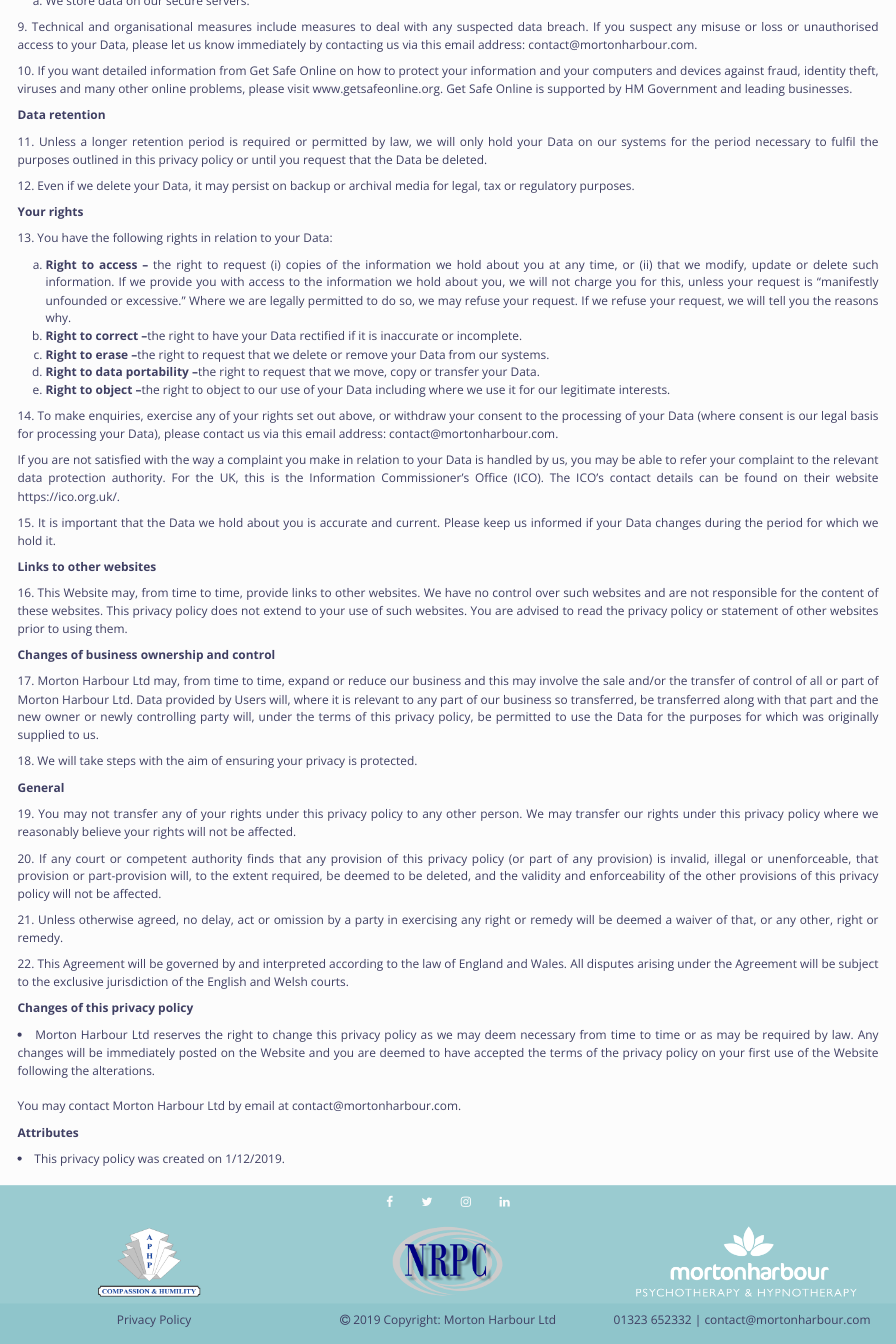
Repository: Code-Institute-Submissions/mortonharbour
Page: privacy_policy.html
The author's editor kept a record of every edit. The page is drawn from the files as they stood at one moment, then again after the next edit.
The browser window is 1280 px wide. The pictures show the part of the page from y = 1773 to 3693 px (the page is 3693 px tall before and 3679 px after), at 70% of full size.
Some web libraries are served in a nearby version.

Above is the page before.

### privacy_policy.html
<!DOCTYPE html>
<html lang="en">

<head>
    <meta charset="UTF-8">
    <meta name="viewport" content="width=device-width, initial-scale=1.0">
    <meta http-equiv="X-UA-Compatible" content="ie=edge">

    <!--Links to Bootstrap, JavaScript and FontAwesome cdn, customer style.css file-->
    <link rel="stylesheet" href="https://stackpath.bootstrapcdn.com/bootstrap/4.4.0/css/bootstrap.min.css" integrity="sha384-SI27wrMjH3ZZ89r4o+fGIJtnzkAnFs3E4qz9DIYioCQ5l9Rd/7UAa8DHcaL8jkWt" crossorigin="anonymous">
    <link rel="stylesheet" href="https://stackpath.bootstrapcdn.com/font-awesome/4.7.0/css/font-awesome.min.css" type="text/css" />
    <script src="https://code.jquery.com/jquery-3.2.1.slim.min.js" integrity="sha384-KJ3o2DKtIkvYIK3UENzmM7KCkRr/rE9/Qpg6aAZGJwFDMVNA/GpGFF93hXpG5KkN" crossorigin="anonymous"></script>
    <script src="https://cdnjs.cloudflare.com/ajax/libs/popper.js/1.11.0/umd/popper.min.js" integrity="sha384-b/U6ypiBEHpOf/4+1nzFpr53nxSS+GLCkfwBdFNTxtclqqenISfwAzpKaMNFNmj4" crossorigin="anonymous"></script>
    <script src="https://maxcdn.bootstrapcdn.com/bootstrap/4.0.0-beta/js/bootstrap.min.js" integrity="sha384-h0AbiXch4ZDo7tp9hKZ4TsHbi047NrKGLO3SEJAg45jXxnGIfYzk4Si90RDIqNm1" crossorigin="anonymous"></script>

    <link rel="stylesheet" href="assets/css/style.css" />

    <title>Privacy Policy</title>
</head>

<body>
    <header>
        <div class="container-fluid">
            <nav class="navbar navbar-expand-lg navbar-light">
                <a href="index.html" class="col-sm-4 logo"><span class="sr-only">Go to our home page</span></a>

                <button class="navbar-toggler" type="button" data-toggle="collapse" data-target="#navbarSupportedContent" aria-controls="navbarSupportedContent" aria-expanded="false" aria-label="Toggle navigation">
            <span class="navbar-toggler-icon"></span>
            </button>
                <div class="collapse navbar-collapse justify-content-end" id="navbarSupportedContent">
                    <ul class="navbar-nav">
                        <li class="nav-item active">
                            <a class="nav-link" href="index.html"><span class="sr-only">Go to our home page</span>Home</a>
                        </li>
                        <li class="nav-item active">
                            <a class="nav-link" href="about_us.html"><span class="sr-only">Learn more about us</span>About Us</a>
                        </li>
                        <li class="nav-item dropdown">
                            <a class="nav-link dropdown-toggle" href="therapy.html" id="navbarDropdown" role="button" data-toggle="dropdown" aria-haspopup="true" aria-expanded="false">
                          Therapy
                        </a>
                            <div class="dropdown-menu" aria-labelledby="navbarDropdown">
                                <a class="dropdown-item" href="psychotherapy.html"><span class="sr-only">Find out about psychotherapy we offer</span>Psychotherapy</a>
                                <a class="dropdown-item" href="hypnotherapy.html"><span class="sr-only">Find out about hypnotherapy we offer</span>Hypnotherapy</a>
                                <a class="dropdown-item" href="emergency_therapy.html"><span class="sr-only">Find out about the emergency appointments we can offer</span>Emergency Appointments</a>
                            </div>
                        </li>
                        <li class="nav-item active">
                            <a class="nav-link" href="testimonials.html"><span class="sr-only">Find out what our clients say</span>Testimonials</a>
                        </li>
                        <li class="nav-item active">
                            <a class="nav-link" href="1-in-4_blog.html"><span class="sr-only">1 in 4 Blog</span>1 in 4 Blog</a>
                        </li>
                        <li class="nav-item active">
                            <a class="nav-link" href="contact.html"><span class="sr-only">Contact Us</span>Contact</a>
                        </li>
                    </ul>
                </div>
                <span id="header-mobile"><a href="tel:#"><i class="fa fa-mobile" aria-hidden="true"></i>
                <span class="sr-only">Call us</span>07968 114 196</a>
                </span>
            </nav>
        </div>
    </header>

    <!--Privacy policy-->

    <section id="privacy-policy-wording">
        <h2>Privacy Policy</h2>
        <p>This privacy applies between you, the User of this Website and Morton Harbour Ltd, the owner and provider of this Website. Morton Harbour Ltd takes the privacy of your information very seriously. This privacy policy applies to our use of any and
            all Data collected by us or provided by you in relation to your use of the Website.</p>
        <p><small><b>Please read this privacy policy carefully.</b></small></p>
        <h4><b>Definitions and interpretation</b></h4>
        <p>1. In this privacy policy, the following definitions are used:</p>
        <table class="privacy-table">
            <tr>
                <td class="privacy-data">Data</td>
                <td class="privacy-data">Collectively all information that you submit to Morton Harbour Ltd via the Website. This definition incorporates, where applicable, the definitions provided in the Data Protection Laws;</td>
            </tr>
            <tr>
                <td class="privacy-data">Data Protection Laws</td>
                <td class="privacy-data">Any applicable law relating to the processing of personal Data, including but not limited to the Directive 96/46/EC (Data Protection Directive) or GDPR, and any national implementing laws, regulations and secondary legislation, for as
                    long as the GDPR is effective in the UK;</td>
            </tr>
            <tr>
                <td class="privacy-data">GDPR</td>
                <td class="privacy-data">The General Data Protection Regulation (EU) 2016/679;</td>
            </tr>
            <tr>
                <td class="privacy-data">We or us</td>
                <td class="privacy-data">Morton Harbour Ltd</td>
            </tr>
            <tr>
                <td class="privacy-data">User or you</td>
                <td class="privacy-data">Any third party that accesses the Website and is not either (i) employed by Morton Harbour Ltd and acting in the course of their employment or (ii) engaged as a consultant or otherwise providing services to Morton Harbour Ltd and accessing
                    the Website in connection with the provision of such services; and</td>
            </tr>
            <tr>
                <td class="privacy-data">Website</td>
                <td class="privacy-data">The website that you are currently using, <a href="index.html" class="privacy-policy-links"><span class="sr-only">Go to our home page</span>www.mortonharbour.com</a>, and any sub-domains of this site unless expressly excluded by their
                    own terms and conditions.</td>
            </tr>
        </table>
        <p>2. In this privacy policy, unless the context requires a different interpretation:</p>
        <ol type="a">
            <li>The singular includes the plural and vice versa;</li>
            <li>References to sub-clauses, clauses, schedules or appendices are sub-clauses, clauses, schedules or appendices of this privacy policy;</li>
            <li>A reference to a person includes firms, companies, government entities, trusts and partnerships;</li>
            <li>“including” is understood to mean “including without limitation”;</li>
            <li>Reference to any statutory provision includes any modification or amendment of it;</li>
            <li>The headings and sub-headings do not form part of this privacy policy.</li>
        </ol>
        <p><b>Scope of this privacy policy</b></p>
        <p>3. This privacy policy applies only to the actions of Morton Harbour Ltd, and users with respect to this Website. It does not extend to any websites that can be accessed from this Website, including, but not limited to, any links we may provide
            to social media websites.</p>
        <p>4. For purposes of the applicable Data Protection Laws, Morton Harbour Ltd is the “data controller”. This means that Morton Harbour Ltd determines the purposes for which, and the manner in which, your Data is processed.</p>
        <p><b>How we collect Data</b></p>
        <p>5. We collect Data in the following ways:</p>
        <ol type="a">
            <li>Data is given to us by you; and</li>
            <li>Data is collected automatically.</li>
        </ol>
        <p><b>Data that is given to us by you</b></p>
        <p>6. Morton Harbour Ltd will collect your Data in a number of ways, for example:</p>
        <ol type="a">
            <li>When you contact us through the Website, by telephone, email or through any other means; in each case, in accordance with this privacy policy.</li>
        </ol>
        <p><b>Data that is collected automatically</b></p>
        <p>7.  To the extent that you access the Website, we will collect your Data automatically, for example:</p>
        <ol type="a">
            <li>We automatically collect some information about your visit to the Website. This information helps us to make improvements to Website content and navigation, and includes your IP address, the date, times and frequency with which you access
                the Website and the way you use and interact with its content.</li>
        </ol>
        <p><b>Keeping Data secure</b></p>
        <p>8. We will use technical and organisational measures to safeguard your Data, for example:</p>
        <ol type="a">
            <li>We store data on our secure servers.</li>
        </ol>
        <p>9. Technical and organisational measures include measures to deal with any suspected data breach. If you suspect any misuse or loss or unauthorised access to your Data, please let us know immediately by contacting us via this email address:
            <a href="mailto:#" class="privacy-policy-links">contact@mortonharbour.com<span class="sr-only">Email us</span></a>.</p>
        <p>10. If you want detailed information from Get Safe Online on how to protect your information and your computers and devices against fraud, identity theft, viruses and many other online problems, please visit <a href="https://www.getsafeonline.org"
                target="_blank" class="privacy-policy-links">www.getsafeonline.org<span class="sr-only">Get Safe Online Website</span></a>. Get Safe Online is supported by HM Government and leading businesses.</p>
        <p><b>Data retention</b></p>
        <p>11. Unless a longer retention period is required or permitted by law, we will only hold your Data on our systems for the period necessary to fulfil the purposes outlined in this privacy policy or until you request that the Data be deleted.</p>
        <p>12. Even if we delete your Data, it may persist on backup or archival media for legal, tax or regulatory purposes.</p>
        <p><b>Your rights</b></p>
        <p>13. You have the following rights in relation to your Data:</p>
        <ol type="a">
            <li><b>Right to access –</b> the right to request (i) copies of the information we hold about you at any time, or (ii) that we modify, update or delete such information. If we provide you with access to the information we hold about you, we will
                not charge you for this, unless your request is “manifestly unfounded or excessive.” Where we are legally permitted to do so, we may refuse your request. If we refuse your request, we will tell you the reasons why.</li>
            <li><b>Right to correct –</b>the right to have your Data rectified if it is inaccurate or incomplete.</li>
            <li><b>Right to erase –</b>the right to request that we delete or remove your Data from our systems.</li>
            <li><b>Right to data portability –</b>the right to request that we move, copy or transfer your Data.</li>
            <li><b>Right to object –</b>the right to object to our use of your Data including where we use it for our legitimate interests.</li>
        </ol>
        <p>14. To make enquiries, exercise any of your rights set out above, or withdraw your consent to the processing of your Data (where consent is our legal basis for processing your Data), please contact us via this email address: contact@mortonharbour.com.</p>
        <p>If you are not satisfied with the way a complaint you make in relation to your Data is handled by us, you may be able to refer your complaint to the relevant data protection authority. For the UK, this is the Information Commissioner’s Office
            (ICO). The ICO’s contact details can be found on their website https://ico.org.uk/.</p>
        <p>15. It is important that the Data we hold about you is accurate and current. Please keep us informed if your Data changes during the period for which we hold it.</p>
        <p><b>Links to other websites</b></p>
        <p>16. This Website may, from time to time, provide links to other websites. We have no control over such websites and are not responsible for the content of these websites. This privacy policy does not extend to your use of such websites. You are advised
            to read the privacy policy or statement of other websites prior to using them.</p>
        <p><b>Changes of business ownership and control</b></p>
        <p>17. Morton Harbour Ltd may, from time to time, expand or reduce our business and this may involve the sale and/or the transfer of control of all or part of Morton Harbour Ltd. Data provided by Users will, where it is relevant to any part of our business
            so transferred, be transferred along with that part and the new owner or newly controlling party will, under the terms of this privacy policy, be permitted to use the Data for the purposes for which was originally supplied to us.</p>
        <p>18.  We will take steps with the aim of ensuring your privacy is protected.</p>
        <p><b>General</b></p>
        <p>19. You may not transfer any of your rights under this privacy policy to any other person. We may transfer our rights under this privacy policy where we reasonably believe your rights will not be affected.</p>
        <p>20. If any court or competent authority finds that any provision of this privacy policy (or part of any provision) is invalid, illegal or unenforceable, that provision or part-provision will, to the extent required, be deemed to be deleted, and the
            validity and enforceability of the other provisions of this privacy policy will not be affected.</p>
        <p>21. Unless otherwise agreed, no delay, act or omission by a party in exercising any right or remedy will be deemed a waiver of that, or any other, right or remedy.</p>
        <p>22. This Agreement will be governed by and interpreted according to the law of England and Wales. All disputes arising under the Agreement will be subject to the exclusive jurisdiction of the English and Welsh courts.</p>
        <p><b>Changes of this privacy policy</b></p>
        <li>Morton Harbour Ltd reserves the right to change this privacy policy as we may deem necessary from time to time or as may be required by law. Any changes will be immediately posted on the Website and you are deemed to have accepted the terms of
            the privacy policy on your first use of the Website following the alterations.</li><br>
        <p>You may contact Morton Harbour Ltd by email at <a href="mailto:#" class="privacy-policy-links">contact@mortonharbour.com</a><span class="sr-only">Email us</span>.</p>
        <p><b>Attributes</b></p>
        <li>This privacy policy was created on 1/12/2019.</li>
        </ol>
    </section>

    <!--Privacy policy-->

    <footer class="container-fluid">
        <div class="row">
            <div class="col-sm-12">
                <ul class="list-inline text-center social-media-icons">
                    <li class="list-inline-item">
                        <a target="_blank" href="https://www.facebook.com/MortonHarbour/">
                            <i class="fa fa-facebook" aria-hidden="true"></i>
                            <span class="sr-only">Facebook opens in a new window</span>
                        </a>
                    </li>
                    <li class="list-inline-item">
                        <a target="_blank" href="https://twitter.com/mortonharbour">
                            <i class="fa fa-twitter" aria-hidden="true"></i>
                            <span class="sr-only">Twitter opens in a new window</span>
                        </a>
                    </li>
                    <li class="list-inline-item">
                        <a target="_blank" href="https://www.instagram.com/morton_harbour/">
                            <i class="fa fa-instagram" aria-hidden="true"></i>
                            <span class="sr-only">Instagram opens in a new window</span>
                        </a>
                    </li>
                    <li class="list-inline-item">
                        <a target="_blank" href="https://www.linkedin.com/in/magda-harbour-maphp-51b590b4/">
                            <i class="fa fa-linkedin" aria-hidden="true"></i>
                            <span class="sr-only">LinkedIn opens in a new window></span>
                        </a>
                    </li>
                </ul>
            </div>
        </div>
        <div class="row">
            <a href="https://www.aphp.co.uk/" target="_blank" class="col-sm-4 aphp-logo">
                <span class="sr-only">Visit the APHP website, opens in new window</span>
            </a>
            <a href="https://www.nrpc.co.uk/" target="_blank" class="col-sm-4 nrpc-logo">
                <span class="sr-only">Visit the NRPC website, opens in new window</span>
            </a>
            <a href="index.html" class="col-sm-4 footer-logo">
                <span class="sr-only">Go to our home page</span>
            </a>
        </div>
        <div class="row footer-end">
            <div class="col-sm-4 text-center footer-end-item">
                <a href="privacy_policy.html" target="_blank"><span class="sr-only">Please read our privacy policy, opens in new window</span>Privacy Policy</a>
            </div>
            <div class="col-sm-4 text-center">
                <p><i class="fa fa-copyright" aria-hidden="true"></i> 2019 Copyright: Morton Harbour Ltd</p>
            </div>
            <div class="div col-sm-4 text-center footer-end-item">
                <address><a href="tel:+01323652332">01323 652332 | <span class="sr-only">contact number</span></a><a href="mailto:#">contact@mortonharbour.com
                    <span class="sr-only">email address</span>
                </a>
                </address>
            </div>
        </div>
    </footer>
</body>

</html>

Loaded but not shown: assets/css/style.css (596 lines, source omitted)

After the next edit:
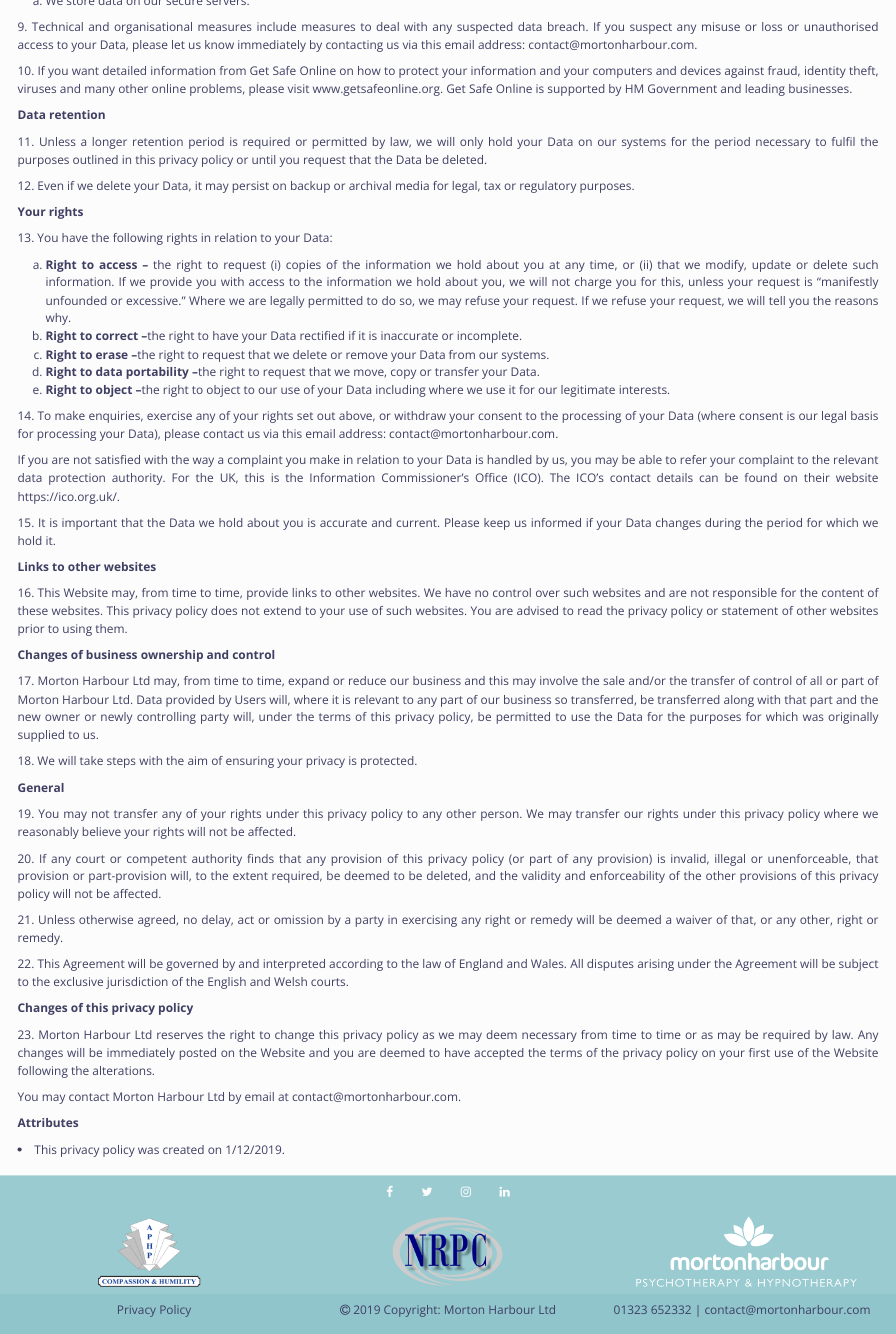
The edit:
--- a/privacy_policy.html
+++ b/privacy_policy.html
@@ -171,8 +171,8 @@
         <p>21. Unless otherwise agreed, no delay, act or omission by a party in exercising any right or remedy will be deemed a waiver of that, or any other, right or remedy.</p>
         <p>22. This Agreement will be governed by and interpreted according to the law of England and Wales. All disputes arising under the Agreement will be subject to the exclusive jurisdiction of the English and Welsh courts.</p>
         <p><b>Changes of this privacy policy</b></p>
-        <li>Morton Harbour Ltd reserves the right to change this privacy policy as we may deem necessary from time to time or as may be required by law. Any changes will be immediately posted on the Website and you are deemed to have accepted the terms of
-            the privacy policy on your first use of the Website following the alterations.</li><br>
+        <p>23. Morton Harbour Ltd reserves the right to change this privacy policy as we may deem necessary from time to time or as may be required by law. Any changes will be immediately posted on the Website and you are deemed to have accepted the terms of
+            the privacy policy on your first use of the Website following the alterations.</p>
         <p>You may contact Morton Harbour Ltd by email at <a href="mailto:#" class="privacy-policy-links">contact@mortonharbour.com</a><span class="sr-only">Email us</span>.</p>
         <p><b>Attributes</b></p>
         <li>This privacy policy was created on 1/12/2019.</li>
